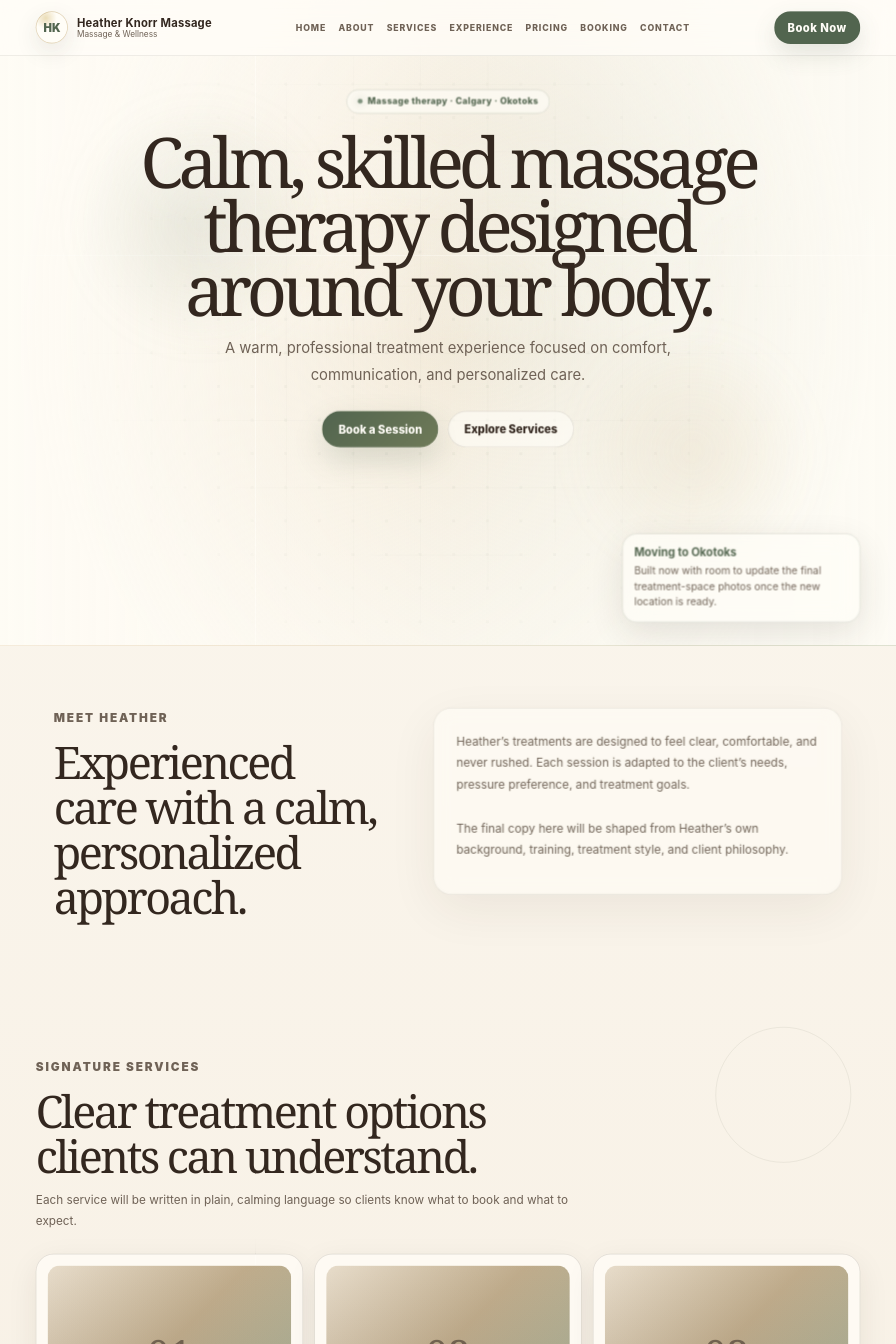
Repository: 300LBHACK3R/mckenzie-house-massage-site
Page: /
The author's editor kept a copy of each file at every save. The page is drawn from the files as they stood at one save, then again after the next save.
The browser window is 1280 px wide. The pictures show the part of the page from y = 0 to 1920 px (the page is 4686 px tall), at 70% of full size.
The project was rebuilt for these pictures with package versions that can differ from the ones it lists, and the page was loaded fresh each time. The framework's server and built-in components were replaced by stand-ins that run in the browser. Also part of the build but not shown: next.config.ts.

Above is the page before, as saved 2026-07-15 14:19:41.

After the next save:
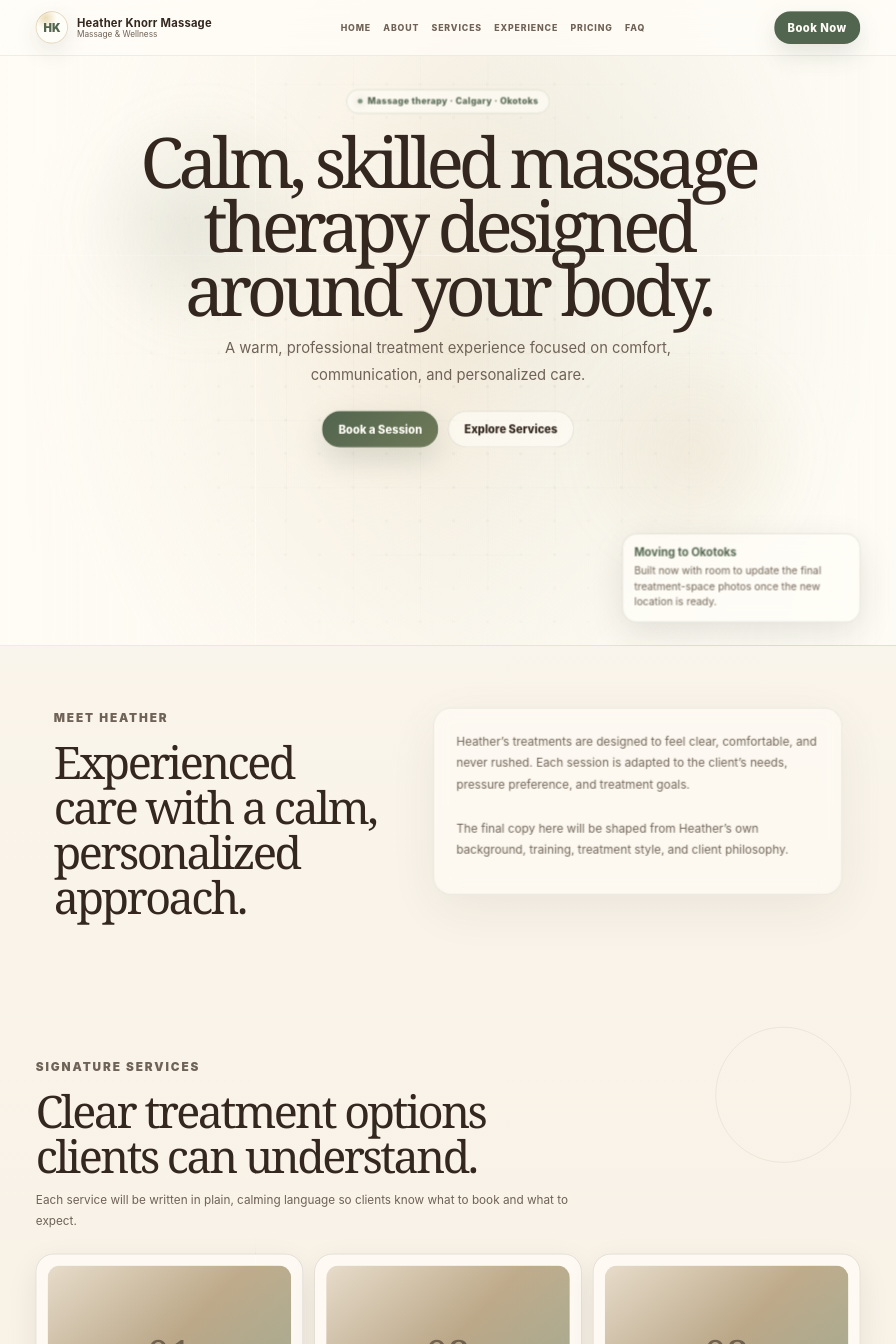
Saved 9 min 33 s later.
--- a/src/lib/site.ts
+++ b/src/lib/site.ts
@@ -22,8 +22,7 @@ export const navItems = [
   { label: "Services", href: "#services" },
   { label: "Experience", href: "#experience" },
   { label: "Pricing", href: "#pricing" },
-  { label: "Booking", href: "#booking" },
-  { label: "Contact", href: "#contact" },
+  { label: "FAQ", href: "#faq" },
 ];
 
 export const serviceTags = [
@@ -40,19 +39,45 @@ export const services = [
     name: "Therapeutic Massage",
     description:
       "Focused massage care for clients who want to address tension, stiffness, and areas that need deeper attention.",
-    bestFor: "Tension, stiffness, deep pressure, focused treatment",
+    bestFor: ["Tension", "Stiffness", "Deep pressure", "Focused treatment"],
+    pressure: "Medium to firm, adjusted to comfort",
   },
   {
     name: "Relaxation Massage",
     description:
       "A calming full-body treatment designed to help the nervous system settle while supporting rest and restoration.",
-    bestFor: "Stress, relaxation, gentle pressure, full-body reset",
+    bestFor: ["Stress", "Relaxation", "Gentle pressure", "Full-body reset"],
+    pressure: "Light to medium, slow and calming",
   },
   {
     name: "Scalp, Neck & Shoulder Focus",
     description:
       "A focused treatment option for clients who carry tension through the upper body, jaw, neck, and shoulders.",
-    bestFor: "Neck tension, headaches, shoulder tightness, stress",
+    bestFor: ["Neck tension", "Headaches", "Shoulder tightness", "Stress"],
+    pressure: "Customized pressure with focused upper-body care",
+  },
+];
+
+export const whatToExpect = [
+  {
+    title: "Before your appointment",
+    text: "Clients will be able to review services, pricing, and booking details clearly before choosing a treatment.",
+  },
+  {
+    title: "During the treatment",
+    text: "Sessions are shaped around comfort, communication, pressure preference, and the client's treatment goals.",
+  },
+  {
+    title: "Pressure and communication",
+    text: "Pressure can be adjusted throughout the session so the treatment feels effective without feeling overwhelming.",
+  },
+  {
+    title: "Comfort, draping, and privacy",
+    text: "The treatment experience should feel professional, respectful, and comfortable from start to finish.",
+  },
+  {
+    title: "Aftercare",
+    text: "Helpful aftercare notes and service guidance can be included so clients know what to expect after their session.",
   },
 ];
 
@@ -76,3 +101,49 @@ export const pricingPreview = [
   { duration: "90 minutes", price: "Price to confirm" },
   { duration: "120 minutes", price: "Price to confirm" },
 ];
+
+export const clientReflections = [
+  {
+    quote:
+      "Real client feedback can be highlighted here once Heather approves which reviews should be featured.",
+    label: "Review highlight",
+  },
+  {
+    quote:
+      "This section will help carry over the strength of word-of-mouth referrals into the website experience.",
+    label: "Client trust",
+  },
+  {
+    quote:
+      "Approved Google review excerpts can be added here later without fabricating or over-polishing the client voice.",
+    label: "Google reviews",
+  },
+];
+
+export const faqs = [
+  {
+    question: "What if I am not sure which treatment to book?",
+    answer:
+      "The website will help explain each service clearly. Heather can also guide clients toward the treatment that best fits their comfort level and goals.",
+  },
+  {
+    question: "Can pressure be adjusted during the session?",
+    answer:
+      "Yes. The treatment should be adjusted to the client’s comfort, preference, and goals throughout the appointment.",
+  },
+  {
+    question: "Do I need to talk during the treatment?",
+    answer:
+      "Clients can communicate as much or as little as they prefer. The goal is to create a comfortable, calm, and respectful experience.",
+  },
+  {
+    question: "How do I book?",
+    answer:
+      "Online booking will connect directly through Heather’s existing ClinicSense booking system.",
+  },
+  {
+    question: "Where is the practice located?",
+    answer:
+      "Current and future location wording will be finalized with Heather. The website will be updated as the Okotoks move comes together.",
+  },
+];
